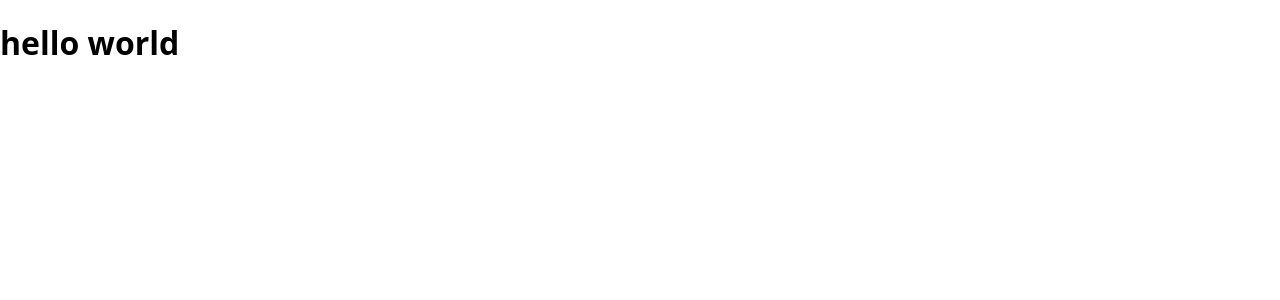
Repository: VaheHarutyunyan/react-sneakers
Page: /
These files come from the project's save history. The page is drawn as it stood at one moment and after the next save; the edit follows.
The browser window is 1280 px wide. The pictures show the whole page.
The project was rebuilt for these pictures with package versions that can differ from the ones it lists, and the page was loaded fresh each time.

Above is the page before, as saved 2021-07-22 11:20:08.

After the next save:
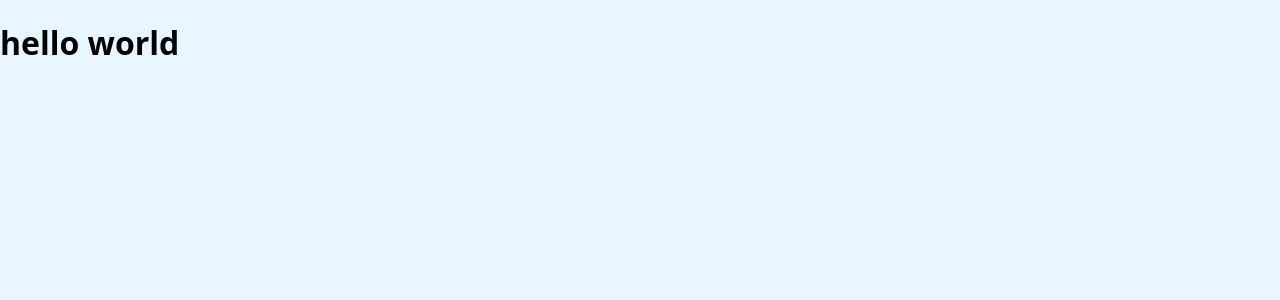
Saved 5 min 38 s later.
--- a/src/index.scss
+++ b/src/index.scss
@@ -3,4 +3,5 @@
   font-family: system-ui;
   -webkit-font-smoothing: antialiased;
   -moz-osx-font-smoothing: grayscale;
+  background: #E7F6FF;
 }
